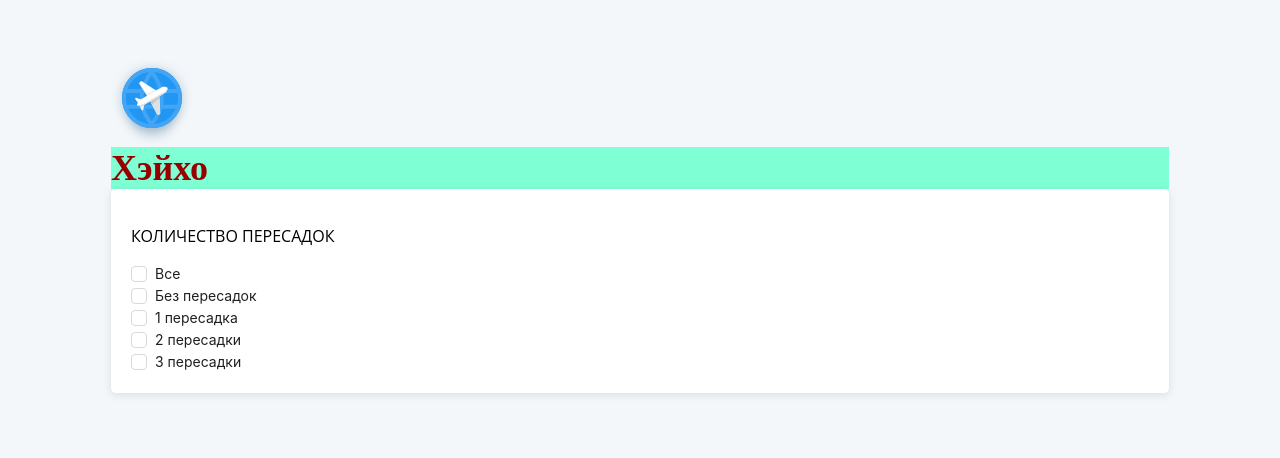
Repository: Dedoxa/aviasalesTickets
Page: /
The author's editor kept a copy of each file at every save. The page is drawn from the files as they stood at one save, then again after the next save.
The browser window is 1280 px wide. The pictures show the whole page.
The project was rebuilt for these pictures with package versions that can differ from the ones it lists, and the page was loaded fresh each time. Also part of the build but not shown: vite.config.js.

Above is the page before, as saved 2024-10-19 15:47:05.

After the next save:
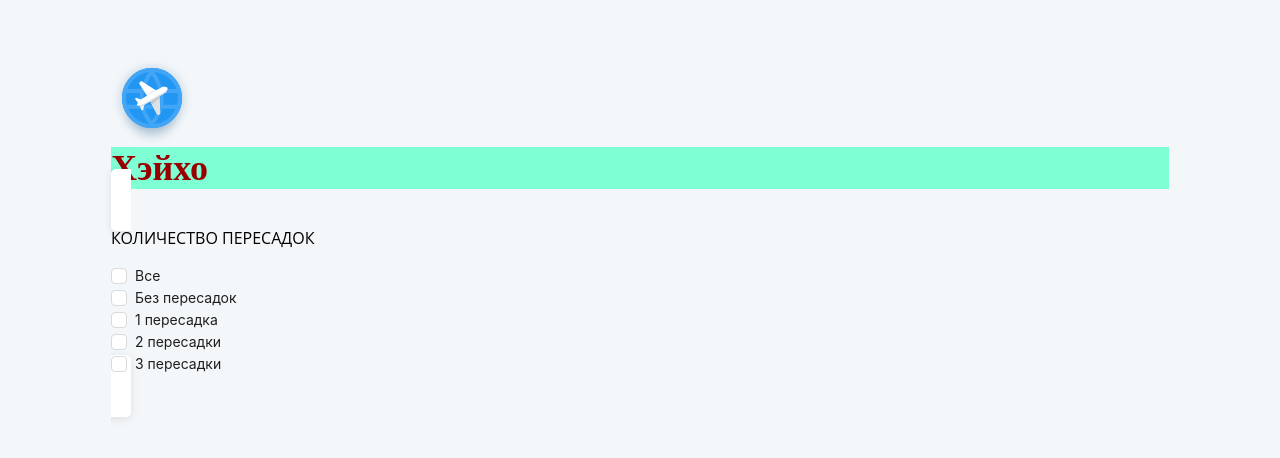
Saved 107 s later.
--- a/src/App.module.scss
+++ b/src/App.module.scss
@@ -9,6 +9,7 @@
 }
 
 .contentBox {
+    display: inline;
   font-family: "Open Sans", sans-serif;
   background-color: #fff;
   border-radius: 5px;

After the save that followed:
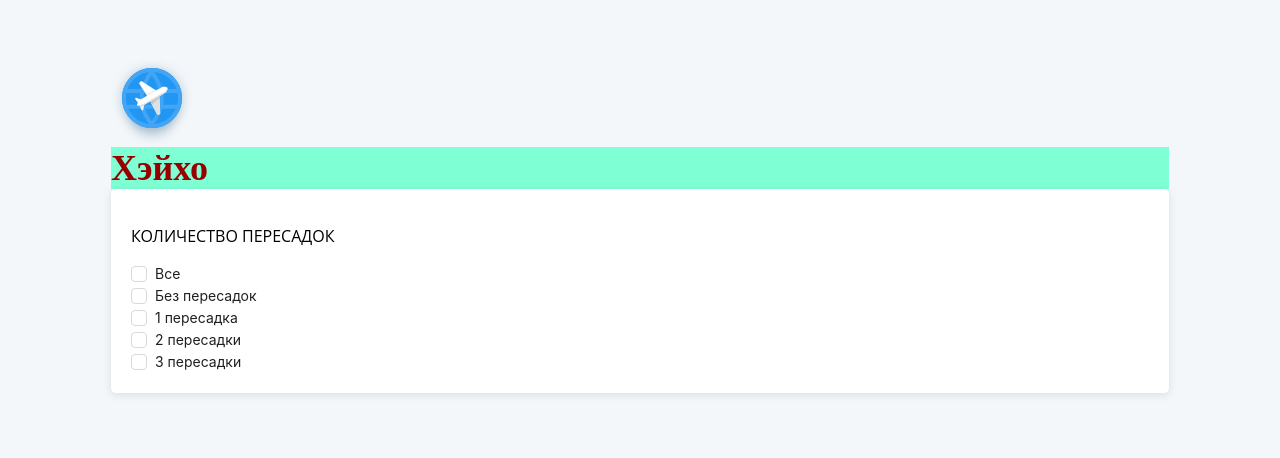
Saved 6 s later.
--- a/src/App.module.scss
+++ b/src/App.module.scss
@@ -9,7 +9,6 @@
 }
 
 .contentBox {
-    display: inline;
   font-family: "Open Sans", sans-serif;
   background-color: #fff;
   border-radius: 5px;
